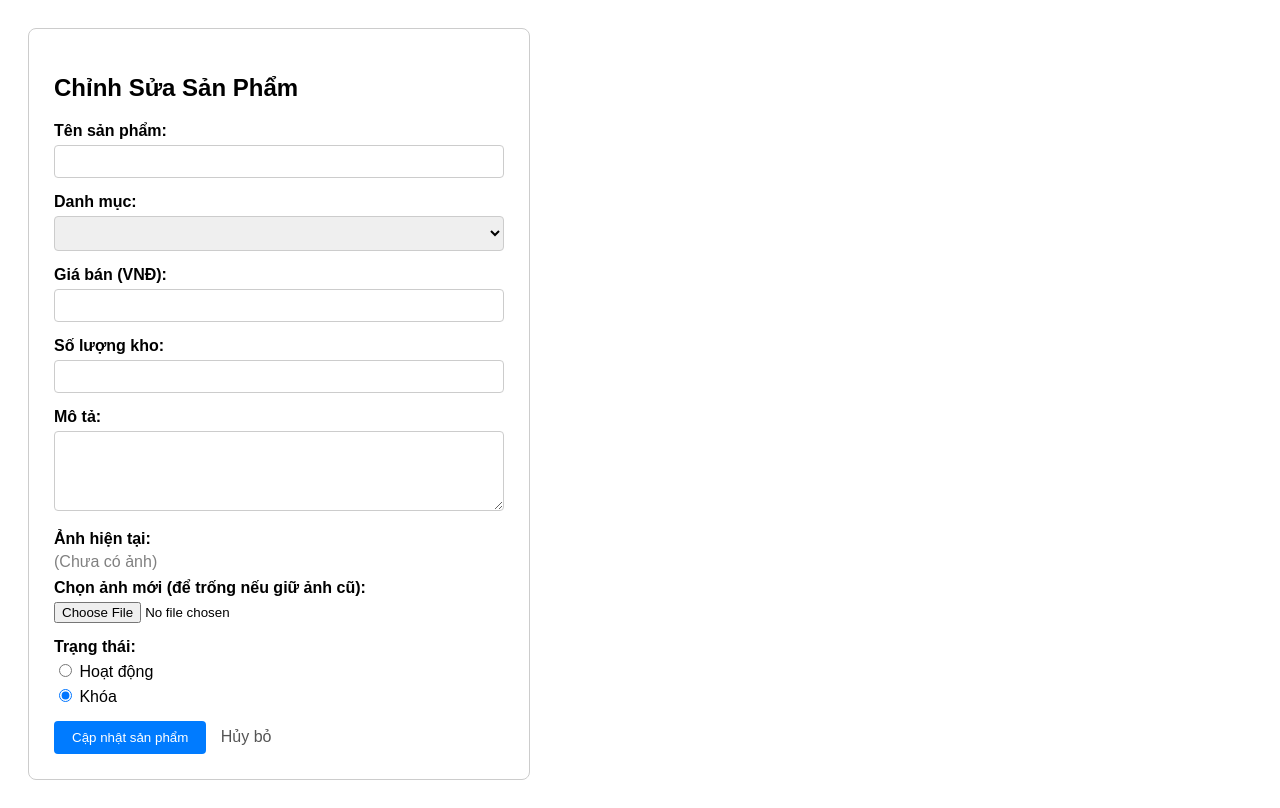
Repository: tanguyenhuy/LapTrinhWeb_BT4
Page: http://localhost/bt1/views/admin/product-edit.jsp
These files come from the project's save history. The page is drawn as it stood at one moment and after the next save; the edit follows.
The browser window is 1280 px wide. The pictures show the whole page.
The page is served by Tomcat 10. Nobody is signed in. The application's start-up code is not run. Other server files are loaded and not shown. The template is opened directly, without the code that normally fills it, so the values that code supplies are empty.

Above is the page before, as saved 2026-08-28 21:05:56.

### bt1/src/main/webapp/views/admin/product-edit.jsp
<%@ page language="java" contentType="text/html; charset=UTF-8" pageEncoding="UTF-8"%>
<%@ taglib uri="jakarta.tags.core" prefix="c" %>
<!DOCTYPE html>
<html>
<head>
    <meta charset="UTF-8">
    <title>Chỉnh Sửa Sản Phẩm</title>
    <style>
        body { font-family: Arial, sans-serif; padding: 20px; }
        .box { width: 450px; padding: 25px; border: 1px solid #ccc; border-radius: 8px; }
        .form-group { margin-bottom: 15px; }
        .form-group label { font-weight: bold; display: block; margin-bottom: 5px; }
        .form-group input[type="text"],
        .form-group input[type="number"],
        .form-group select,
        .form-group textarea {
            width: 100%;
            padding: 8px;
            box-sizing: border-box;
            border: 1px solid #ccc;
            border-radius: 4px;
        }
        .form-group textarea { height: 80px; resize: vertical; }
        .btn-submit {
            background: #007bff;
            color: white;
            padding: 9px 18px;
            border: none;
            border-radius: 4px;
            cursor: pointer;
        }
        .btn-back {
            margin-left: 10px;
            text-decoration: none;
            color: #555;
        }
    </style>
</head>
<body>

<div class="box">
    <h2>Chỉnh Sửa Sản Phẩm</h2>
    <form action="${pageContext.request.contextPath}/admin/product/update" method="post" enctype="multipart/form-data">

        <!-- Lưu lại ID sản phẩm -->
        <input type="hidden" name="productId" value="${product.productId}">

        <div class="form-group">
            <label>Tên sản phẩm:</label>
            <input type="text" name="productName" value="${product.productName}" required>
        </div>

        <div class="form-group">
            <label>Danh mục:</label>
            <select name="categoryId">
                <c:forEach items="${categories}" var="c">
                    <option value="${c.categoryid}" ${c.categoryid == product.category.categoryid ? 'selected' : ''}>
                        ${c.categoryname}
                    </option>
                </c:forEach>
            </select>
        </div>

        <div class="form-group">
            <label>Giá bán (VNĐ):</label>
            <input type="number" step="any" name="price" value="${product.price}" required>
        </div>

        <div class="form-group">
            <label>Số lượng kho:</label>
            <input type="number" name="quantity" value="${product.quantity}" required>
        </div>

        <div class="form-group">
            <label>Mô tả:</label>
            <textarea name="description">${product.description}</textarea>
        </div>

        <div class="form-group">
            <label>Ảnh hiện tại:</label>
            <c:choose>
                <c:when test="${product.image != null && product.image.startsWith('http')}">
                    <img src="${product.image}" width="100" height="100" style="object-fit: cover; border-radius: 4px; display: block; margin-bottom: 8px;" />
                </c:when>
                <c:when test="${product.image != null}">
                    <img src="${pageContext.request.contextPath}/image?fname=${product.image}" width="100" height="100" style="object-fit: cover; border-radius: 4px; display: block; margin-bottom: 8px;" />
                </c:when>
                <c:otherwise>
                    <span style="color: gray; display: block; margin-bottom: 8px;">(Chưa có ảnh)</span>
                </c:otherwise>
            </c:choose>

            <label>Chọn ảnh mới (để trống nếu giữ ảnh cũ):</label>
            <input type="file" name="imageFile" accept="image/*">
        </div>

        <div class="form-group">
            <label>Trạng thái:</label>
            <label style="font-weight: normal; margin-right: 15px;">
                <input type="radio" name="status" value="1" ${product.status == 1 ? 'checked' : ''}> Hoạt động
            </label>
            <label style="font-weight: normal;">
                <input type="radio" name="status" value="0" ${product.status != 1 ? 'checked' : ''}> Khóa
            </label>
        </div>

        <button type="submit" class="btn-submit">Cập nhật sản phẩm</button>
        <a href="${pageContext.request.contextPath}/admin/products" class="btn-back">Hủy bỏ</a>
    </form>
</div>

</body>
</html>

After the next save:
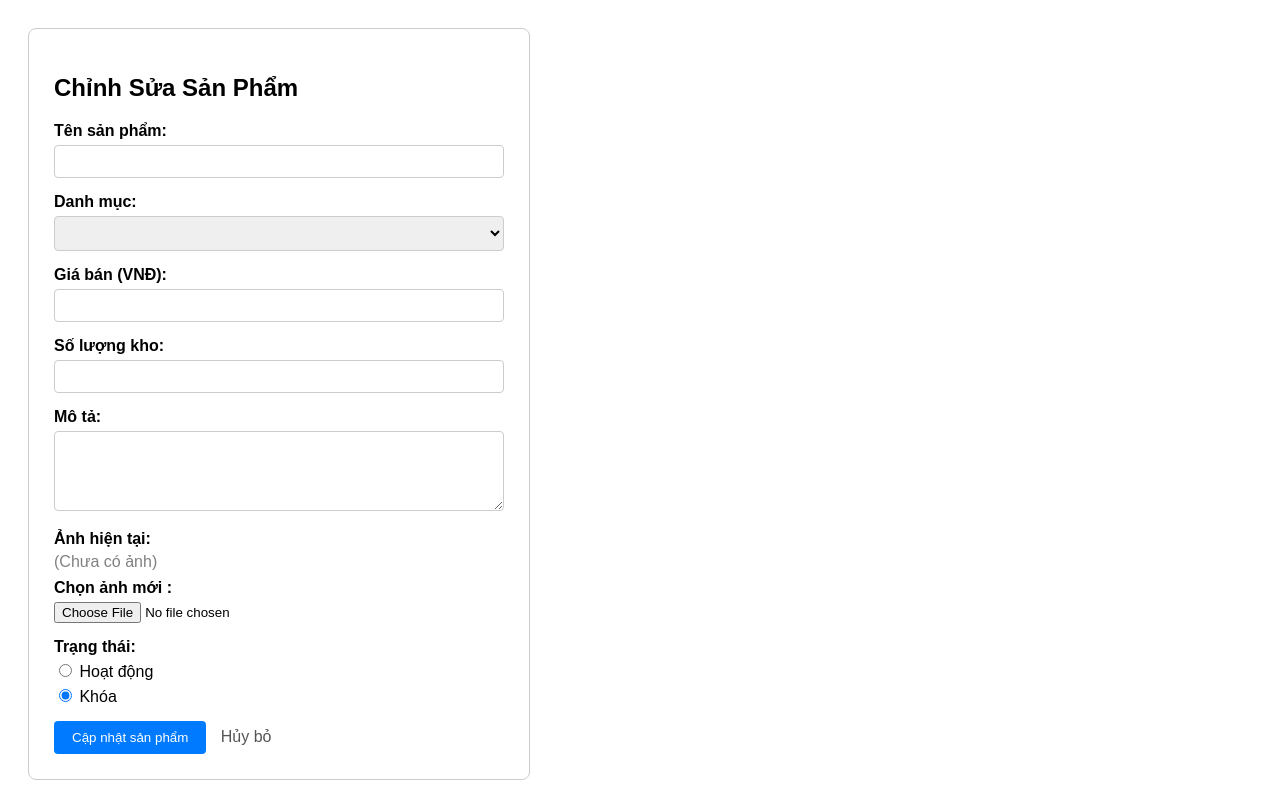
Saved 6 h 0 min later.
--- a/bt1/src/main/webapp/views/admin/product-edit.jsp
+++ b/bt1/src/main/webapp/views/admin/product-edit.jsp
@@ -90,7 +90,7 @@
                 </c:otherwise>
             </c:choose>
 
-            <label>Chọn ảnh mới (để trống nếu giữ ảnh cũ):</label>
+            <label>Chọn ảnh mới :</label>
             <input type="file" name="imageFile" accept="image/*">
         </div>
 
